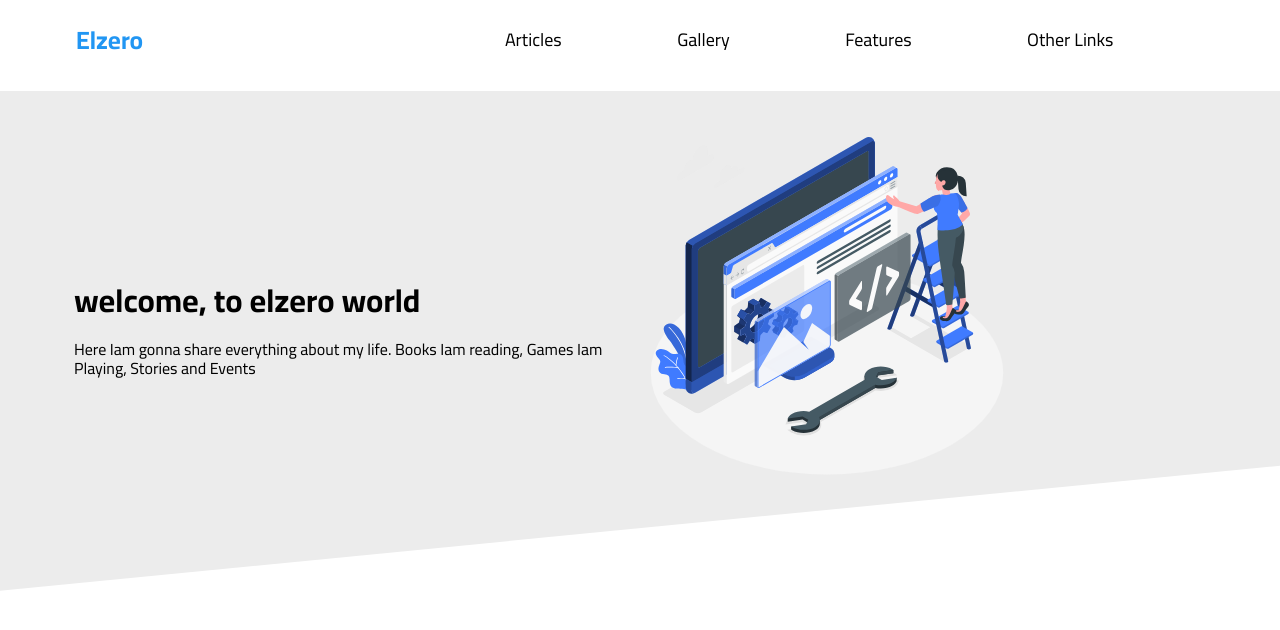
Repository: Toqa-25/elzeroAcdemey-Templete
Page: index.html
An editor plug-in stored every save of this project. The page is shown before and after the next save, followed by the edit.
The browser window is 1280 px wide. The pictures show the whole page.

Above is the page before, as saved 2022-01-16 21:30:53.

### index.html
<!DOCTYPE html>
<html lang="en">
<head>
    <meta charset="UTF-8">
    <meta http-equiv="X-UA-Compatible" content="IE=edge">
    <meta name="viewport" content="width=device-width, initial-scale=1.0">
    <!-- normalize file -->
    <link rel="stylesheet" href="css/normalize.css">
    <!-- css files -->
    <link rel="stylesheet" href="css/style.css">
    <!-- fontAwosem file -->
    <link rel="stylesheet" href="css/all.min.css">
     <!-- font files -->
     <link rel="preconnect" href="https://fonts.googleapis.com">
    <link rel="preconnect" href="https://fonts.gstatic.com" crossorigin>
    <link href="https://fonts.googleapis.com/css2?family=Cairo:wght@200;400;700;800;900&display=swap" rel="stylesheet">
    <!-- page title -->
    <title>templete 3</title>
</head>
<body>
    <!-- header section -->
    <header id="" class="">
        <div class="container">
            <div class="header-content">
                <div class="header-content-logo">
                    <a href="index.html" class="logo link-none">Elzero</a>
                </div>
                <nav>
                    <ul class="nav-list unlist">
                        <li class="nav-list-item"> <a href="" class="link-none  link-style" id="articles">articles</a></li>
                        <li class="nav-list-item"> <a href="" class="link-none  link-style" id="gallery">gallery</a></li>
                        <li class="nav-list-item"> <a href="" class="link-none  link-style" id="features">features</a></li>
                        <li class="nav-list-item" id="parent-other-links"> <a href="javascript:;" class="link-none  link-style " >other links</a>
                            <div class="other-links " id="child-other-links">
           <div class="other-links-content">
            <div class="other-links-content-img">
                <img src="images/header/Video files-amico.svg" alt="">
            </div>

            <ul class="other-links-list unlist">
            <div class="other-links-list-group-one">
              <li id="" class="other-links-list-item"><a href="" class="link-none  link-style "><i class="far fa-comments"></i> testimonials</a></li>
              <li id="" class="other-links-list-item"><a href="" class="link-none  link-style "><i class="far fa-user"></i> team member</a></li>
              <li id="" class="other-links-list-item"><a href="" class="link-none  link-style"><i class="far fa-building"></i> services</a></li>
              <li id="" class="other-links-list-item"><a href="" class="link-none  link-style"><i class="far fa-check-circle"></i> our skils</a></li>
              <li id="" class="other-links-list-item"><a href="" class="link-none  link-style"><i class="far fa-clipboard"></i> how it work</a></li>
            </div>
            <div class="other-links-list-group-one">
                <li id="" class="other-links-list-item"><a href="" class="link-none  link-style"><i class="far fa-calendar-alt"></i> events</a></li>
                <li id="" class="other-links-list-item"><a href="" class="link-none  link-style"><i class="fas fa-server"></i> pricing planes</a></li>
                <li id="" class="other-links-list-item"><a href="" class="link-none  link-style"><i class="far fa-play-circle"></i> top video</a></li>
                <li id="" class="other-links-list-item"><a href="" class="link-none  link-style"><i class="fas fa-chart-bar"></i> states</a></li>
                <li id="" class="other-links-list-item"><a href="" class="link-none  link-style"><i class="fas fa-percent"></i> request a discount</a></li>
            </div>
        </ul>
       </div>
       </div>
                        </li>

                    </ul>
                </nav>
            </div>
        </div>
    </header>
    <!-- welcom section -->
    <section id="welcome" class="welcome">
        <div class="container">
            <div class="welcome-content">
                <div class="welcome-content-info">
                    <h1 class="welcome-content-info-head">welcome, to elzero world</h1>
                    <div class="welcoome-content-info-text">Here Iam gonna share everything about my life. Books Iam reading, Games Iam Playing, Stories and Events</div>
                </div>
                <div class="welcome-content-img">
                    <img src="images/welcome/Website setup-amico.svg" alt="" srcset="">
                </div>
            </div>
        </div>

    </section>


       <script src="script.js">

       </script>
</body>
</html>

### css/style.css
 /*
  - container
  -section head

 */
 /* global style */
 :root{
     /* --main-color:#45B2F8; */
     --main-color:#2196F3;
     --s-background:#ececec54;
     --f-background:#ececec;
     --p-color:#D6ECEC;
 }

 *{
     box-sizing: border-box;
     margin: 0;
     padding: 0;
 }
html , body{
    width: 100%;
    height: 100%;
    margin: 0;
    padding: 0;
    overflow: hidden;
}
 body{
     font-family: "Cairo", sans-serif;
 }
 .container{
      width: 90%;
      margin:0 auto;
      /* padding: 15px 0; */
 }
 .link-none{
     text-decoration: none;
 }
 .unlist{
     list-style: none;
 }
 .link-style{
    font-size: 18px;
    text-transform: capitalize;
 }

 /* header style */
 header{
   margin-bottom: 10px;
 }
.header-content{
    display: flex;
    justify-content: space-between;
    align-items: center;
    padding: 10px 12px ;
    margin-bottom: 10px;
}
.logo{
    font-weight: bolder;
    font-size:25px;
    color:var(--main-color)
}

nav{
    width: 70%;
}
.nav-list{
    display: flex;
    justify-content: space-evenly;
    align-items: center;
}
.nav-list-item {
    cursor: pointer;
    color:#000;
    padding: 20px  25px;
    position: relative;
    transition: background-color .2s ;
    -webkit-transition: background-color .2s ;
    -moz-transition: background-color .2s ;
    -ms-transition: background-color .2s ;
    -o-transition: background-color .2s ;
}
.nav-list-item::before{
    content: "";
    height: 3px;
    width: 0;
    background-color: var(--main-color);
    position: absolute;
    top: 0px;
    left: 0;
    transition: width .6s;
    -webkit-transition: width .6s;
    -moz-transition: width .6s;
    -ms-transition: width .6s;
    -o-transition: width .6s;
}
.nav-list-item a{
        color:#000;
}

.nav-list-item:hover  {
    background-color: var(--s-background);
}
.nav-list-item:hover  a {
    color:var(--main-color);
}
.nav-list-item:hover::before{
        width: 100%;
}
#parent-other-links{
    position: relative;
}
#parent-other-links:hover #child-other-links{
    transform:translateY(20px) ;
    -webkit-transform:translateY(20px) ;
    -moz-transform:translateY(20px) ;
    -ms-transform:translateY(20px) ;
    -o-transform:translateY(20px) ;
}
/* media query for header*/
@media (max-width:767px){
    .header-content{
        flex-direction:column ;
        padding:5px 12px;
}
.header-content-logo{
    margin-bottom: 5px;
}
nav{
    width: 80%;
}
.nav-list-item{
    padding:17px 10px;
}
.nav-list-item a{
    font-size: 15px;
}
}
                       /*************************************/
/* style for other links */
.other-links{
 /*margin-top: 10px;
 */margin: 10 auto;
 transform: translatey(1000%);
 -webkit-transform: translatey(1000%);
 -moz-transform: translatey(1000%);
 -ms-transform: translatey(1000%);
 -o-transform: translatey(1000%);
 transition: transform .5s;
 -webkit-transition: transform .5s;
 -moz-transition: transform .5s;
 -ms-transition: transform .5s;
 -o-transition: transform .5s;
}
.other-links-content{
    display: flex;
    border-bottom: 4px solid var(--main-color);
    border-top: 2px solid var(--s-background);
}
.other-links-content-img{
    margin:auto;
}
.other-links-content-img img{
    width: 100%;
}
.other-links-list{
    width:55%;
    display: flex;
    justify-content: space-between;
    padding: 10px;
    align-items: center;
}
.other-links-list-group-one{
    width:45%
}
.other-links-list-item{
    padding: 15px ;
    border-bottom: 1px solid rgba(0, 0, 0, 0.337);
    position: relative;
    cursor: pointer;

}
.other-links-list-item:last-child{
    border:none;
}
.other-links-list-item::before{
    content:"";
    position: absolute;
    top: 0;
    left: 0;
    height: 100%;
    width: 0%;
    background-color: var(--s-background);
    transition:width .5s;
    -webkit-transition:width .5s;
    -moz-transition:width .5s;
    -ms-transition:width .5s;
    -o-transition:width .5s;
}
.other-links-list-item:hover::before{
    width: 100%;
}
.other-links-list-item a{
    font-weight: bold;
    color:var(--main-color)
}
.other-links-list-item > a > i{
 margin-right: 10px;
}
.other{
    transform: translatey(20px);
    -webkit-transform: translatey(20px);
    -moz-transform: translatey(20px);
    -ms-transform: translatey(20px);
    -o-transform: translatey(20px);
}
#child-other-links{
    width:85vw;
    position: absolute;
    right: 5px;
    /* background-color: violet; */
}
@media(max-width:991px){
    #child-other-links{
     width:87vw;
    }
     .other-links-content-img{
        display: none;
    }
    .other-links-list{
        width: 100%;
    }
}
@media(max-width:767px){
    #child-other-links{
        width:100vw;
        margin-right: -166px;
    }
     .other-links-list{
        flex-direction: column;
    }
        .other-links-list-group-one{
    width:100%;
}
.other-links-list-item:last-child{
    border-bottom: 1px solid rgba(0, 0, 0, 0.337);
}
 .other-links-list-item a{
     font-size: 18px;
 }
}
/********************************************************************************************/
/* style for other welcome section */

.welcome{
    /* background-color: var(--s-background);
    clip-path: polygon(0 0, 100% 0, 100% 35%, 0 70%);
    margin-bottom: 500px; */
    /* background-color: var(--s-background);
    clip-path: polygon(0 0, 100% 0, 100% 35%, 0 70%);
    margin-bottom: 500px; */
   background-color: var(--f-background);
    clip-path: polygon(0 0, 100% 0, 100% 75%, 0 100%);
    height: 500px;
    padding: 20px 0px;
    margin-bottom: 500px;

}

.welcome-content{
    display: flex;
}
.welcome-content-info{
    width:50%;
    padding: 150px 10px;
}
.welcome-content-img{
    width:50%
}
.welcome-content-img img{
    width:65%
}

### script.js
let otherParent = document.getElementById("parent-other-links");
let otherChild = document.getElementById("child-other-links");
otherParent.onclick = function () {
  otherChild.classList.toggle("other");
};

Loaded but not shown: css/normalize.css (library); css/all.min.css (library)

After the next save:
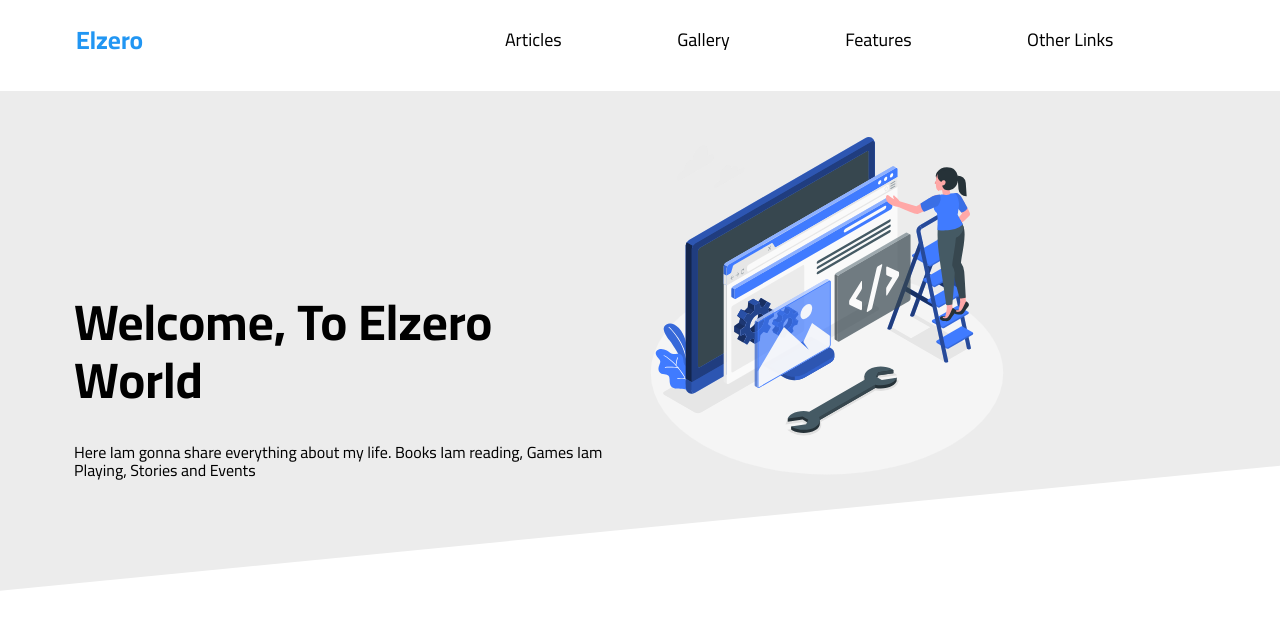
Saved 2 min 1 s later.
--- a/css/style.css
+++ b/css/style.css
@@ -273,6 +273,10 @@ nav{
     width:50%;
     padding: 150px 10px;
 }
+h1.welcome-content-info-head {
+    font-size: 50px;
+    text-transform: capitalize;
+}
 .welcome-content-img{
     width:50%
 }
